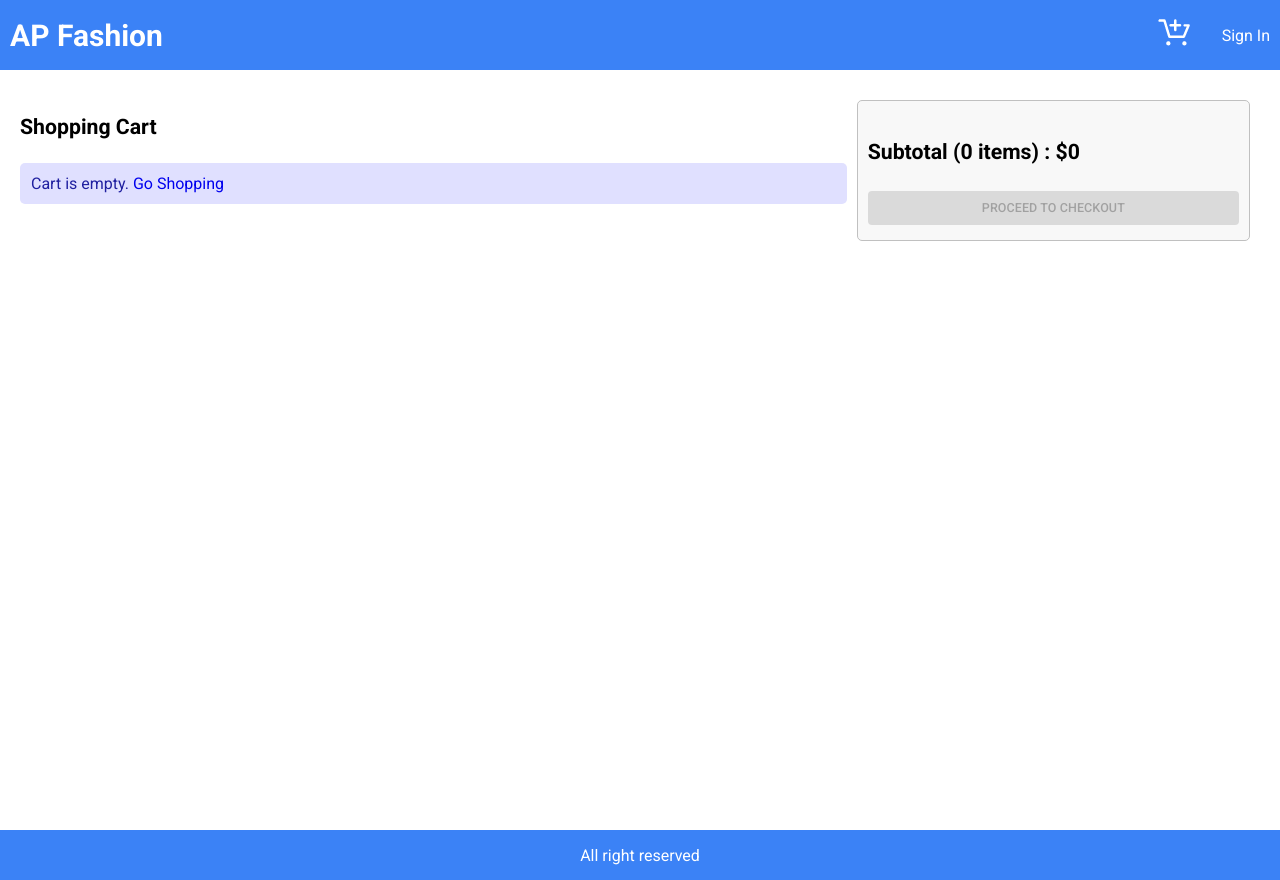
Repository: rexhep/e-commerce
Page: /cart (app in frontend/)
The author's editor kept a copy of each file at every save. The page is drawn from the files as they stood at one save, then again after the next save.
The browser window is 1280 px wide. The pictures show the whole page.
The project was rebuilt for these pictures with package versions that can differ from the ones it lists, and the page was loaded fresh each time. Also part of the build but not shown: frontend/src/actions/userActions.js, frontend/src/components/clientHeader/ClientHeader.jsx, frontend/src/components/Rating.js, frontend/src/components/Product.js, frontend/src/components/LoadingBox.js, frontend/src/actions/productActions.js, frontend/src/components/clientHeader/HeaderSlider.jsx, frontend/src/pages/HomePage.js and 21 more.

Above is the page before, as saved 2021-10-13 01:26:31.

After the next save:
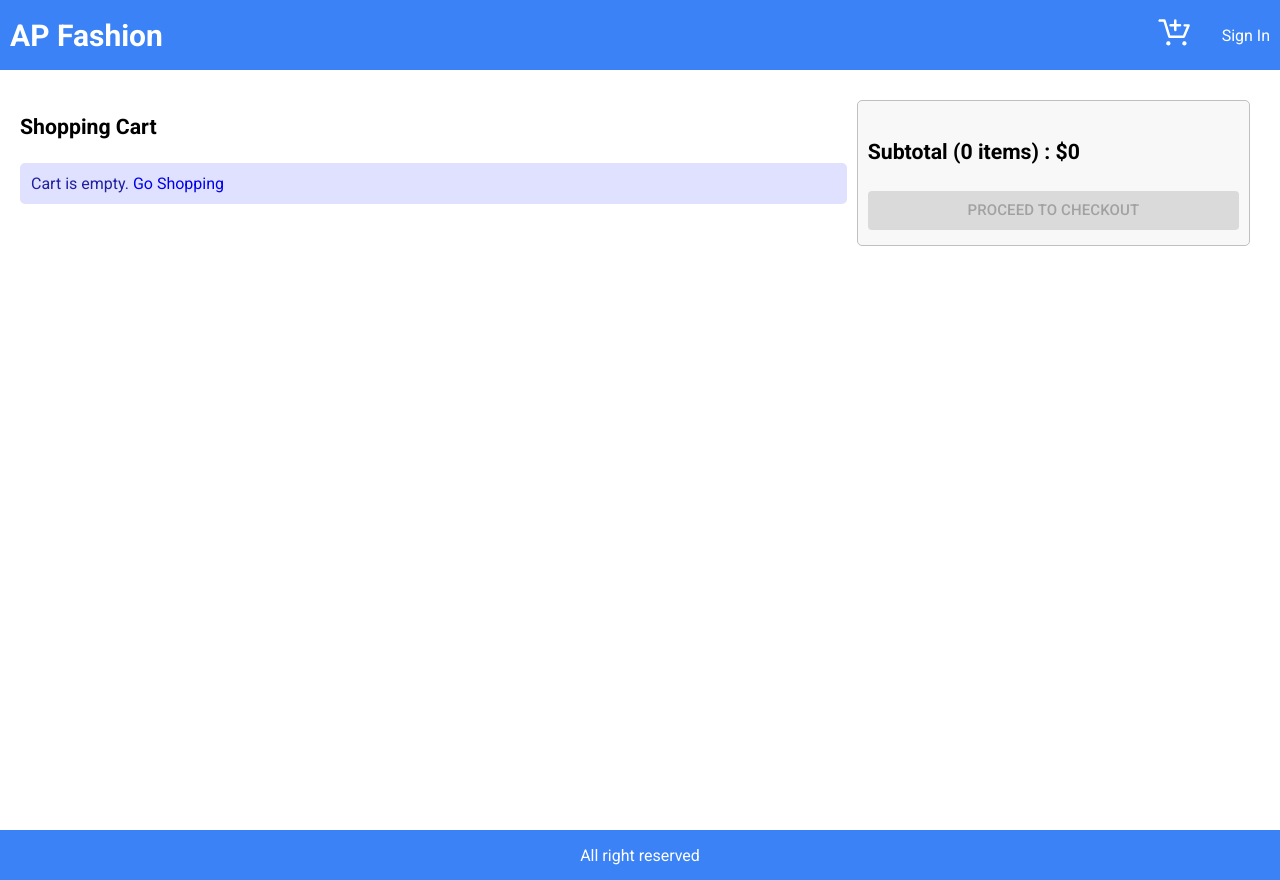
Saved 33 s later.
--- a/frontend/src/pages/CartPage.js
+++ b/frontend/src/pages/CartPage.js
@@ -25,7 +25,7 @@ const useStyles = makeStyles((theme) => {
         checkoutButton: {
             color: theme.palette.primary.contrastText,
             background: orange[700],
-            fontSize: theme.typography.h6.fontSize,
+            fontSize: theme.typography.h5.fontSize,
             fontWeight: theme.typography.h6.fontWeight,
             letterSpacing: theme.typography.h6.letterSpacing,
             width: '100%',
@@ -165,14 +165,6 @@ export default function CartPage(props) {
                                 >
                                     Proceed to Checkout
                                 </Button>
-                                {/* <button
-                                    type="button"
-                                    onClick={checkoutHandler}
-                                    className="primary block"
-                                    disabled={cartItems.length === 0}
-                                >
-                                    Proceed to Checkout
-                                </button> */}
                             </li>
                         </ul>
                     </div>
